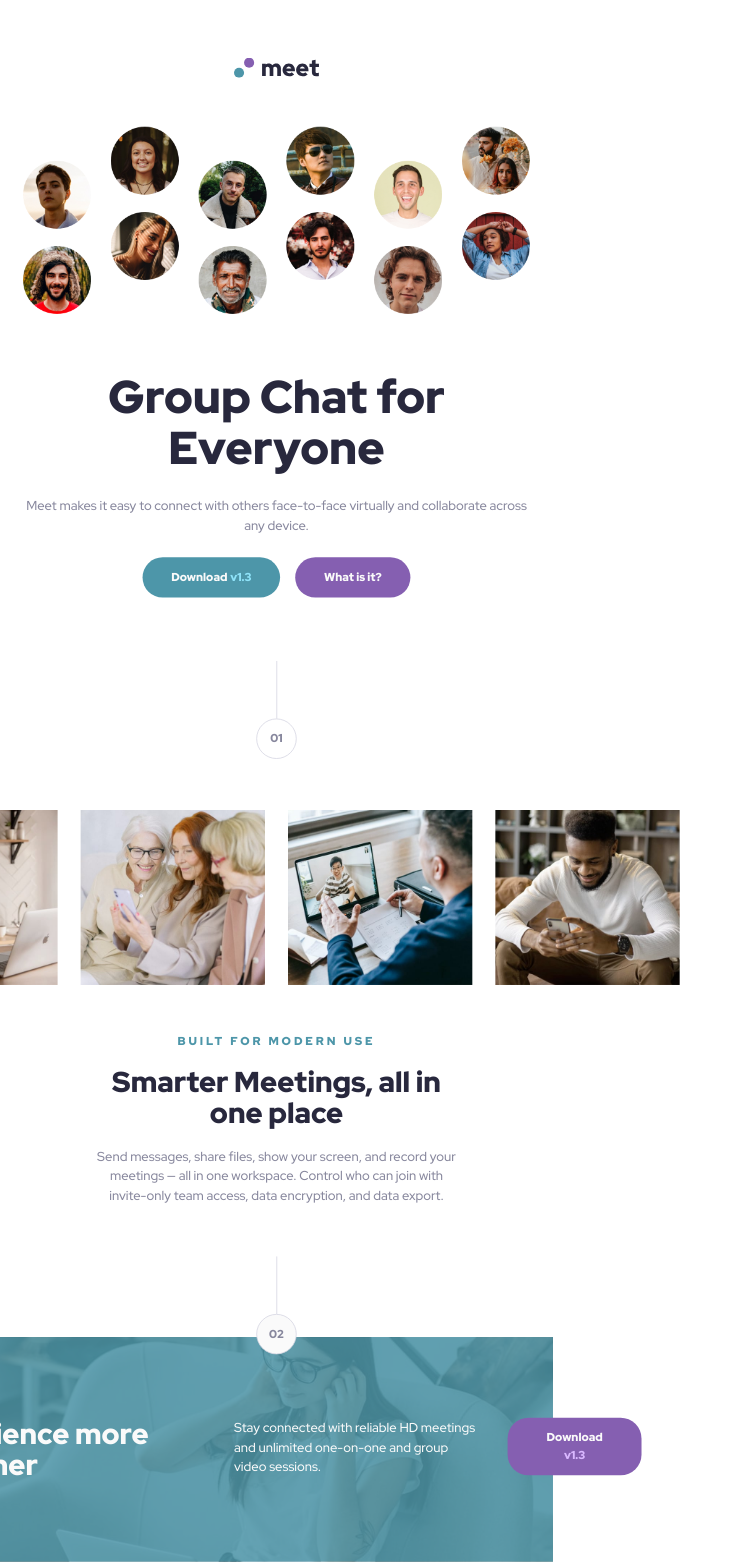
Repository: brandontaylor1/meet-landing-page
Page: index.html
An editor plug-in stored every save of this project. The page is shown before and after the next save, followed by the edit.
The browser window is 768 px wide. The page is 1024 px wide, so the pictures cover 1024 px, including what lies to the right of the window. The pictures show the whole page, at 72% of full size.

Above is the page before, as saved 2025-01-13 20:03:31.

### index.html
<!DOCTYPE html>
<html lang="en">
<head>
    <meta charset="UTF-8">
    <meta name="viewport" content="width=device-width, initial-scale=1.0">
    <link rel="preconnect" href="https://fonts.googleapis.com">
    <link rel="preconnect" href="https://fonts.gstatic.com" crossorigin>
    <link href="https://fonts.googleapis.com/css2?family=Red+Hat+Display:ital,wght@0,300..900;1,300..900&display=swap" rel="stylesheet">
    <link rel="stylesheet" href="styles.css">
    <title>Meet Landing Page</title>
</head>
<body>
    <nav class="navbar">
        <div class="logo-container">
            <img src="./assets/images/logo.svg" alt="meet logo">
        </div>
    </nav>
    <section class="hero-section">
        <img src="" class="responsive-image" alt="responsive-image">
        <img src="./assets/images/image-hero-left.png" class="hero-images"  id="left-faces" alt="Left Faces">
        <div class="hero-content">
            <h1>Group Chat for Everyone</h1>
            <p>Meet makes it easy to connect with others face-to-face virtually and collaborate across any device.</p>
            <div class="btn-container">
                <button class="hero-btn" id="downloadBtn">Download<span>v1.3</span></button>
                <button class="hero-btn" id="whatisitBtn">What is it?</button>
            </div>
        </div>
        <img src="./assets/images/image-hero-right.png" class="hero-images" id="right-faces" alt="Right Faces">
    </section>

    <section class="main-content">
        <div class="content">
            <div class="design-container">
                <div class="gray-line"></div>
                <div class="gray-circle">01</div>
            </div>
            <div class="image-container">
                <img src="./assets/images/image-woman-in-videocall.jpg" alt="woman on video call">
                <img src="./assets/images/image-women-videochatting.jpg" alt="women vidoechatting">
                <img src="./assets/images/image-men-in-meeting.jpg" alt="men in a meeting">
                <img src="./assets/images/image-man-texting.jpg" alt="man texting">
            </div>
            <div class="text-container">
                <h3>Built for Modern Use</h3>
                <h2>Smarter Meetings, all in one place</h2>
                <p>Send messages, share files, show your screen, and record your meetings — all in one workspace. Control who can join with invite-only team access, data encryption, and data export.</p>
            </div>
        </div>
    </section>
    <div class="design-container">
        <div class="gray-line"></div>
        <div class="gray-circle white">02</div>
    </div>
    <section class="footer">
        <div class="footer-grid">
            <h2>Experience more together</h2>
            <p>Stay connected with reliable HD meetings and unlimited one-on-one and group video sessions.</p>
            <button class="hero-btn" id="whatisitBtn">Download <span class="footer-span">v1.3</span></button>
        </div>
    </section>

</body>
</html>

### styles.css
* {
    margin: 0;
    padding: 0;
    box-sizing: border-box
}

:root {
    --color-white: #FAFAFA;
    --color-slate: #87879D;
    --color-lightslate: #D1D1DF;
    --color-darkslate: #28283D;
    --color-cyan: #4D96A9;
    --color-purple: #855FB1;
    --color-lightcyan: #8FE3F9;
    --color-lightpurple: #D9B8FF;

    font-size: 16px;

}

body {
    display: flex;
    flex-direction: column;
    align-items: center;
    justify-content: center;
}

.white {
    background-color: var(--color-white);
}

.navbar {
    display: flex;
    padding: 5rem 5rem 0 5rem;
    flex-direction: column;
    justify-content: flex-end;
    align-items: center;
    gap: var(--spacing-100, .5rem);
    align-self: stretch;

}

.hero-section {
    display: flex;
    justify-content: space-between;
    align-items: center;
    padding: 4rem 5rem;
    height: auto;
    width: 100%;
}

.left-faces {
    padding-right: 95px;
    padding-bottom: 57px;
}

.right-faces {
    padding-left: 95px;
    padding-top: 57px;
}

.responsive-image {
    display: none;
}

.hero-section {
    width: 100%;
}

.hero-content {
    display: flex;
    flex-direction: column;
    align-items: center;
    justify-content: space-between;
    width: 448px;
    height: 314px;

}

.hero-content h1 {
    font-family: "Red Hat Display", sans-serif;
    font-size: 4rem;
    font-weight: 900;
    line-height: 110%;
    color: var(--color-darkslate);
    text-align: center;
}

.hero-content p {
    font-family: "Red Hat Display", sans-serif;
    font-size: 18px;
    font-weight: 500;
    line-height: 150%;
    color: var(--color-slate);
    text-align: center;

}

.hero-btn {
    padding: 16px 40px;
    border-radius: 29px;
    border: none;

}

#downloadBtn {
    background-color: var(--color-cyan);
    color: var(--color-white);
    font-size: 16px;
    font-family: "Red Hat Display", sans-serif;
    font-weight: 900;
    line-height: 150%;
    margin-right: 8.5px;
}

#downloadBtn span {
    margin-left: 4px;
    color: var(--color-lightcyan);

}

#whatisitBtn {
    background-color: var(--color-purple);
    color: var(--color-white);
    font-size: 16px;
    font-family: "Red Hat Display", sans-serif;
    font-weight: 900;
    line-height: 150%;
    margin-left: 8.5px;
}

.main-content {
    display: flex;
    flex-direction: column;
    align-items: center;
    justify-content: center;
    height: 883px;
    padding: 56px 80px 72px 80px;
}

.content {
    display: flex;
    flex-direction: column;
    align-items: center;
    justify-content: space-between;
    height: 755px;
}

.design-container {
    display: flex;
    justify-content: center;
    align-items: center;
    flex-direction: column;

}

.gray-line {
    width: 1px;
    height: 80px;
    background-color:  var(--color-lightslate);
    z-index: 5;
}

.gray-circle {
    width: 56px;
    height: 56px;
    display: flex;
    align-items: center;
    justify-content: center;
    border-radius: 50%;
    border: 1px solid var(--color-lightslate);
    color: var(--color-slate);
    font-size: 16px;
    font-family: "Red Hat Display", sans-serif;
    font-weight: 900;
    line-height: 150%;
    z-index: 5;
}

.image-container {
    display: grid;
    grid-template-columns: repeat(4, 1fr);
    grid-template-rows: 1fr;
    gap: 32px;
}

.image-container img {
    width: 256px;
    height: auto;
}

.text-container {
    width: 500px;
    height: 235px;
    display: flex;
    flex-direction: column;
    align-items: center;
    justify-content: space-between;
}

.text-container h3 {
    font-family: "Red Hat Display", sans-serif;
    font-size: 16px;
    font-weight: 900;
    line-height: 110%;
    text-transform: uppercase;
    letter-spacing: 4px;
    color: var(--color-cyan);
}

.text-container h2 {
    font-family: "Red Hat Display", sans-serif;
    font-size: 40px;
    font-style: normal;
    font-weight: 900;
    line-height: 110%;
    text-align: center;
    color: var(--color-darkslate);
}

.text-container p {
    font-family: "Red Hat Display", sans-serif;
    font-size: 18px;
    font-style: normal;
    font-weight: 500;
    line-height: 150%;
    text-align: center;
    color: var(--color-slate)
}


.footer {
    padding: 7rem 5rem;
    width: 100%;
    display: flex;
    align-items: center;
    justify-content: center;
    background-image: url("./assets/images/image-footer.jpg");
    background-size: cover;
    background-position: center;
    background-repeat: no-repeat;
    margin-top: -1.5rem;
    position: relative;
    z-index: 0;
}

.footer-grid {
    display: flex;
    align-items: flex-start;
    justify-content: center;
    grid-template-columns: repeat(3, 1fr);
    width: 70rem;
    gap: 32px;
    z-index: 2;

}

.footer-grid h2 {
    font-family: "Red Hat Display", sans-serif;
    font-size: 2.5rem;
    font-weight: 900;
    line-height: 110%;
    color: var(--color-white);
    width: 27rem;
}

.footer-grid p {
    font-family: "Red Hat Display", sans-serif;
    font-size: 1.125rem;
    font-weight: 500;
    line-height: 150%;
    color: var(--color-white);
    width: 22rem;
}

.footer::before {
    content: "";
    position: absolute;
    top: 0;
    left: 0;
    width: 100%;
    height: 100%;
    background-color: hsla(192, 37%, 48%, 0.85); /* Adjust the color and opacity as needed */
    z-index: 1;
}

.footer-span {
    color: var(--color-lightpurple)
}


@media screen and (min-width: 795px) and (max-width: 1354px) {
    .hero-section {
        display: flex;
        padding: var(--spacing-800, 64px) var(--spacing-400, 32px);
        flex-direction: column;
        align-items: center;
        gap: var(--spacing-100, 8px);
        align-self: stretch;
    }

    .hero-content {
        display: flex;
        flex-direction: column;
        align-items: center;
        gap: var(--spacing-300, 24px);
    }

    .hero-content h1 {
        font-size: 3rem;
    }

    .hero-content p {
        font-size: 16px;
    }

    .hero-images {
        display: none;
    }

    .responsive-image {
        display: block;
        content: url("./assets/images/tablet/image-hero.png");
    }

    .main-content {
        width: 100%;
        height: auto;
        /* padding: 56px 40px 72px 40px; */
    }

    .content {
        height: auto;
        display: flex;
        flex-direction: column;
        align-items: center;
        justify-content: space-between;
    }

    .image-container {
        grid-template-columns: repeat(2, 1fr);
        grid-template-rows: repeat(2, 1fr);
        padding: 4rem 0;
    }
}

@media screen and (max-width: 806px) {
    .hero-images {
        display: none;

    }

    .hero-section {
        display: flex;
        padding: var(--spacing-800, 64px) var(--spacing-400, 32px) var(--spacing-400, 32px) var(--spacing-400, 32px);
        flex-direction: column;
        align-items: center;
        gap: var(--spacing-100, 8px);
        align-self: stretch;
    }

    .hero-content {
        display: flex;
        flex-direction: column;
        align-items: center;
        gap: var(--spacing-300, 24px);
        align-self: stretch;
        width: 100%;
        margin-top: 72px;
    }

    .hero content h1 {
        font-size: 2rem;
    }

    .responsive-image {
        display: block;
        content: url('./assets/images/tablet/image-hero.png');
        width: 100%;

    }
}

@media screen and (max-width: 480px) {
    .hero-section {
        display: flex;
        padding: var(--spacing-800, 64px) var(--spacing-400, 32px) var(--spacing-400, 32px) var(--spacing-400, 32px);
        flex-direction: column;
        align-items: center;
        gap: var(--spacing-100, 8px);
        align-self: stretch;
    }

    .hero-content {
        display: flex;
        flex-direction: column;
        align-items: center;
        gap: var(--spacing-300, 24px);
        align-self: stretch;
        width: 100%;
    }

    .hero content h1 {
        font-size: 2rem;
    }

    .responsive-image {
        display: block;
        content: url('./assets/images/mobile/image-hero.png');
        width: 100%;

    }

    .btn-container {
        display: flex;
        flex-direction: column;
        gap: var(--spacing-100, 8px);
    }
}

After the next save:
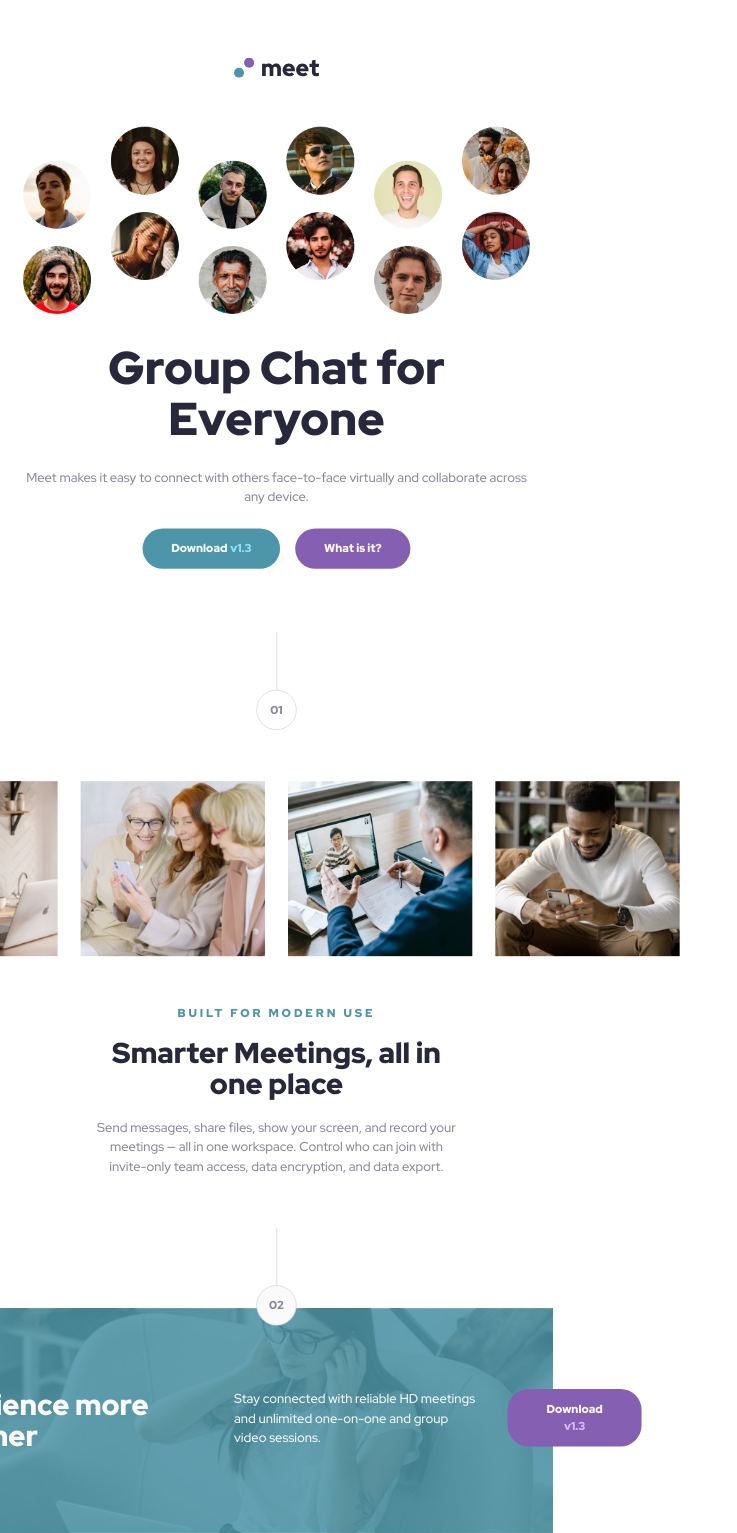
Saved 34 s later.
--- a/styles.css
+++ b/styles.css
@@ -366,7 +366,7 @@ body {
         gap: var(--spacing-300, 24px);
         align-self: stretch;
         width: 100%;
-        margin-top: 72px;
+        margin-top: 32px;
     }
 
     .hero content h1 {
